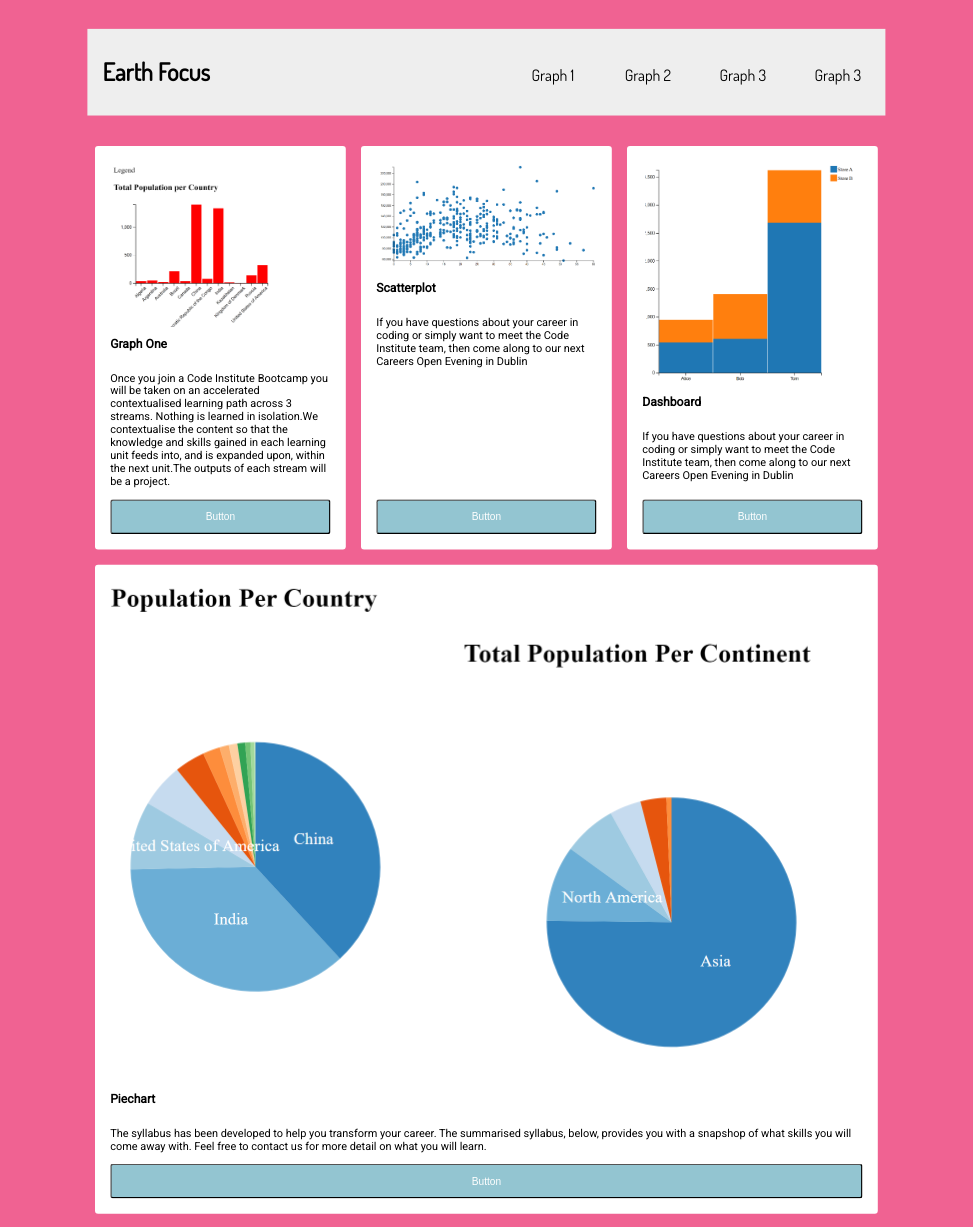
Repository: Code-Institute-Submissions/SOliv1-milestone2_NovResub
Page: index.html
The author's editor kept a record of every edit. The page is drawn from the files as they stood at one moment, then again after the next edit.
The browser window is 1280 px wide. The pictures show the whole page, at 76% of full size.
Some web libraries are served in a nearby version.

Above is the page before.

After the next edit:
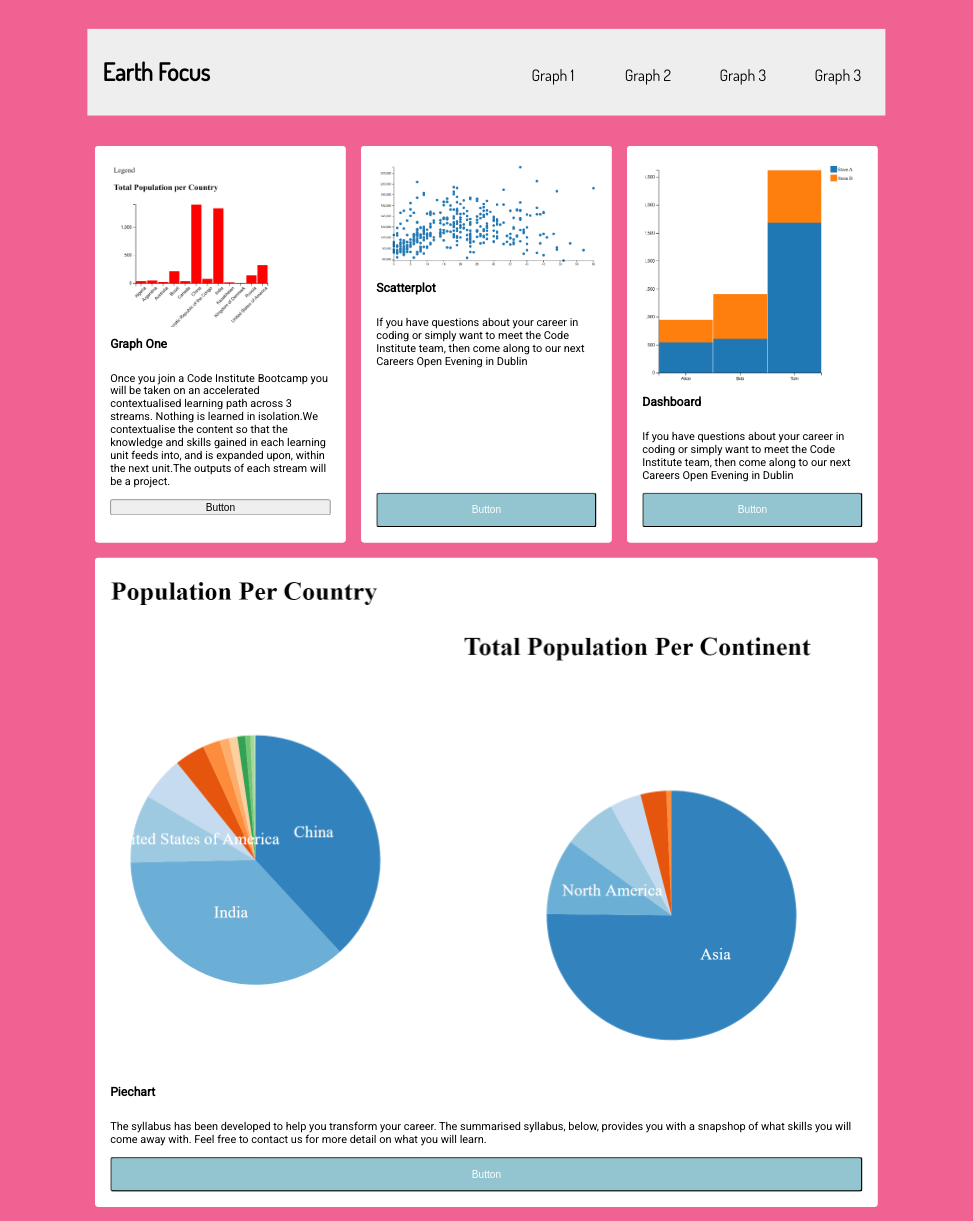
The edit:
--- a/index.html
+++ b/index.html
@@ -26,7 +26,7 @@
                 <h2 class="card_head">Graph One</h2>
                 <p class="card_para">Once you join a Code Institute Bootcamp you will be taken on an accelerated contextualised learning path across 3 streams. Nothing is learned in isolation.We contextualise the content so that the knowledge and skills gained in each learning
                     unit feeds into, and is expanded upon, within the next unit.The outputs of each stream will be a project. </p>
-                <button class="bottom_button" id="button_effects1 href="index.html>Button</button>
+                <button class="graph1_button" id="button_effects1 href="index.html>Button</button>
             </div>
         </div>
         <div class="card graph3_btn">
